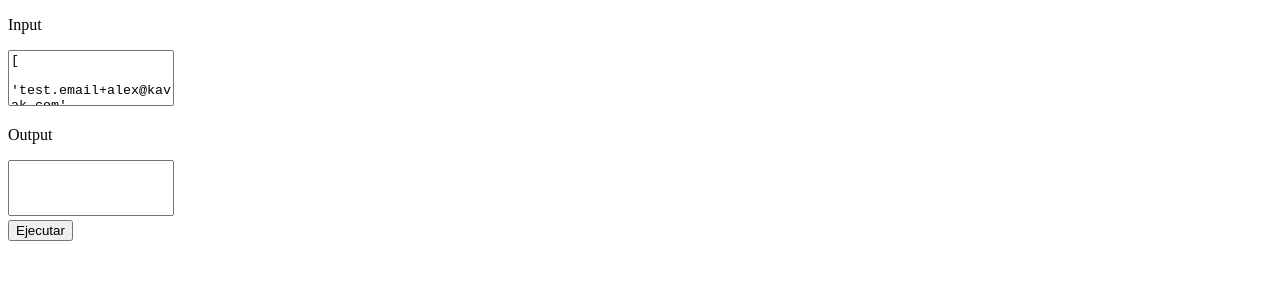
Repository: davobarrera/pruebaKVK
Page: index.html
An editor plug-in stored every save of this project. The page is shown before and after the next save, followed by the edit.
The browser window is 1280 px wide. The pictures show the whole page.

Above is the page before, as saved 2020-07-04 11:35:02.

### index.html
<!DOCTYPE html>
<html>

<head>
  <meta charset="utf-8">
  <title>Prueba KVK</title>
  <meta name="viewport" content="width=device-width, initial-scale=1">
</head>

<body>
    <p>Input</p>
    <textarea id="input"  oninput="auto_grow(this)">
[
    'test.email+alex@kavak.com',
    'test.e.mail+bob.cathy@kavak.com',
    'testemail+david@ka.vak.com'
]
    </textarea>
    <p>Output</p>
    <textarea id="output" oninput="auto_grow(this)"></textarea>
    <br>
    <button onclick=ejecutar()>Ejecutar</button>
  <script src="filtrarEmail.js"></script>
  <script>
      function auto_grow(element) {
            element.style.height = "5px";
            element.style.height = (element.scrollHeight)+"px";
        }
  </script>
  <style>
      textarea {
            resize: none;
            overflow: hidden;
            min-height: 50px;
            max-height: 100px;
        }
  </style>
</body>

</html>

### filtrarEmail.js
var emailsUnicos = function(emails) {
    var locales = emails.reduce(
        (acc,e) =>{
            var local, dominio, dividido;
            dividido = e.split('@');
            local = dividido[0];
            dominio = dividido[1];
            local = local.replace(/\./g,'').split('+')[0]
            acc.push([local,dominio].join('@'))
            return acc
        },[] )
        console.log(locales);
    return locales

};

var ejecutar = function (){
    var input = document.getElementById('input').value;
    var cleanText = input.replace(/\s/g,'').replace(/'/g,"\"")
    try{
        input = JSON.parse(cleanText);
    }catch(err){
        alert('No tiene la estructura de un arreglo de strings')
        return;
    }
    var output = emailsUnicos(input);
    output = output.reduce((acc, e) => acc + '\n' + e,'').replace(/,/g,'\n')
    document.getElementById('output').value = output;
}

After the next save:
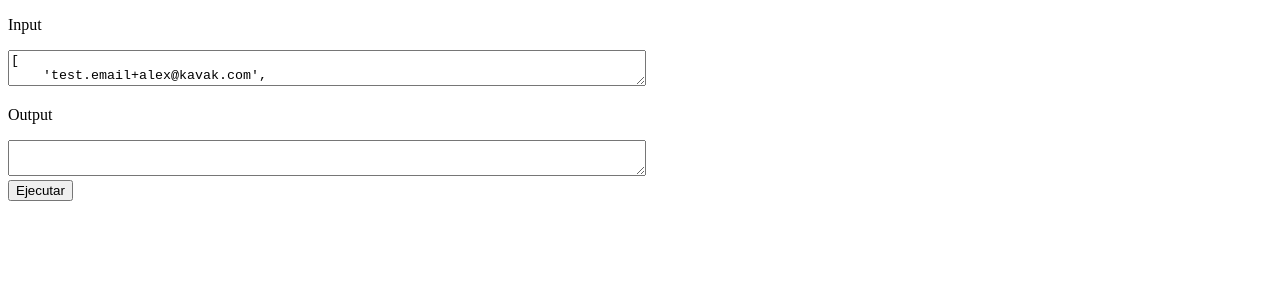
Saved 45 s later.
--- a/index.html
+++ b/index.html
@@ -9,7 +9,7 @@
 
 <body>
     <p>Input</p>
-    <textarea id="input"  oninput="auto_grow(this)">
+    <textarea id="input"  style="width: 50%; height: 30%;">
 [
     'test.email+alex@kavak.com',
     'test.e.mail+bob.cathy@kavak.com',
@@ -17,24 +17,10 @@
 ]
     </textarea>
     <p>Output</p>
-    <textarea id="output" oninput="auto_grow(this)"></textarea>
+    <textarea id="output" style="width: 50%;  height: 30%;"></textarea>
     <br>
     <button onclick=ejecutar()>Ejecutar</button>
   <script src="filtrarEmail.js"></script>
-  <script>
-      function auto_grow(element) {
-            element.style.height = "5px";
-            element.style.height = (element.scrollHeight)+"px";
-        }
-  </script>
-  <style>
-      textarea {
-            resize: none;
-            overflow: hidden;
-            min-height: 50px;
-            max-height: 100px;
-        }
-  </style>
 </body>
 
 </html>
